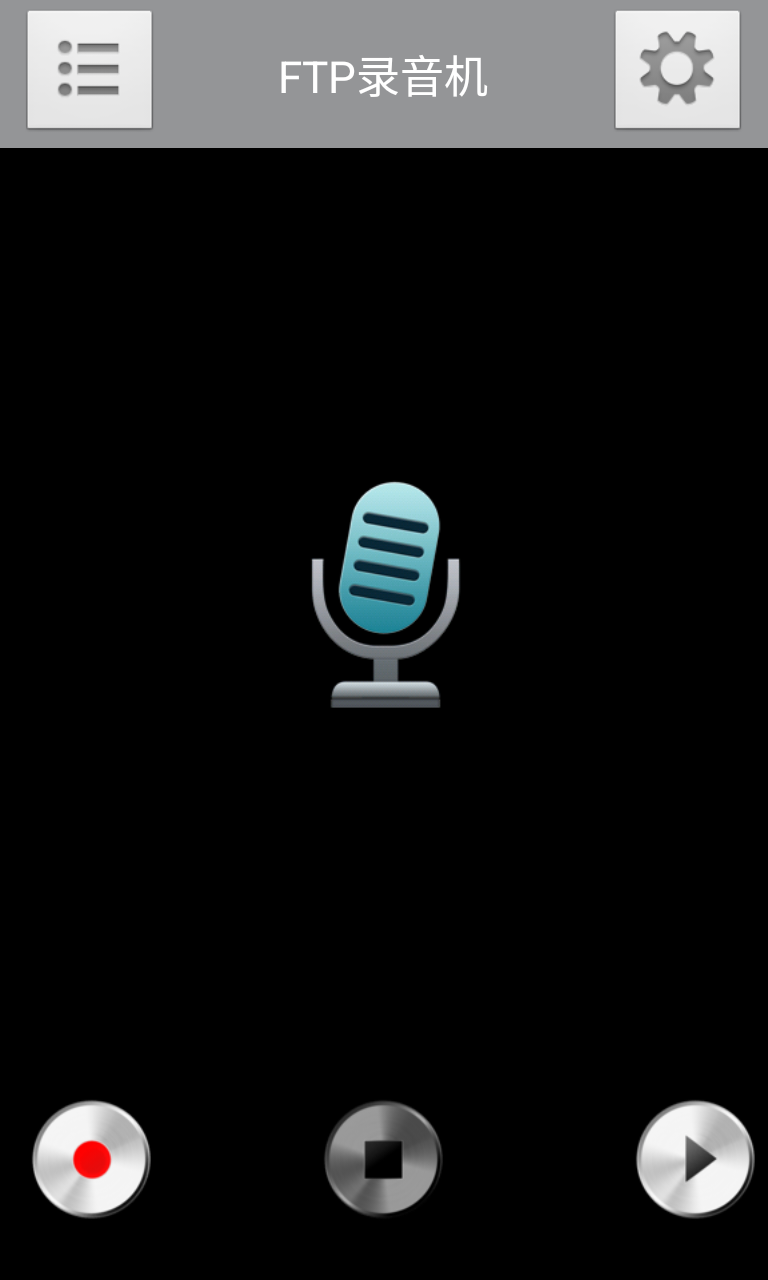
Repository: stone-jin/WAVRecoder
Layout: WAVRecoder2/res/layout/main.xml
An editor plug-in stored every save of this project. The layout is shown before and after the next save, followed by the edit.
It is drawn on a 768 x 1280 px phone screen (xhdpi) without system bars, with theme Anim_style2; the app's code is not run.

Above is the layout before, as saved 2014-05-06 19:08:03.

### WAVRecoder2/res/layout/main.xml
<?xml version="1.0" encoding="utf-8"?>
<LinearLayout xmlns:android="http://schemas.android.com/apk/res/android"
    android:layout_width="match_parent"
    android:layout_height="match_parent"
    android:orientation="vertical" >

    <include layout="@layout/main_title"/>

    <RelativeLayout
        android:layout_width="fill_parent"
        android:layout_height="fill_parent"
        android:layout_weight="1"
        android:gravity="center"
        >

	    <ImageView
	        android:layout_width="wrap_content"
	        android:layout_height="wrap_content"
	        android:background="@drawable/icon"
	        />

    </RelativeLayout>

    <RelativeLayout
        android:layout_width="fill_parent"
        android:layout_height="120dp"
        >

        <Button
            android:layout_width="wrap_content"
            android:layout_height="wrap_content"
            android:background="@drawable/btn_rekam_normal"
            android:layout_marginLeft="10dp"
            android:layout_alignParentLeft="true"
            android:layout_centerVertical="true"
            />

        <Button
            android:layout_width="wrap_content"
            android:layout_height="wrap_content"
            android:background="@drawable/btn_stop_disabled"
            android:layout_marginLeft="10dp"
            android:layout_centerInParent="true"
            />

        <Button
            android:layout_width="wrap_content"
            android:layout_height="wrap_content"
            android:background="@drawable/btn_play_normal"
            android:layout_marginLeft="10dp"
			android:layout_alignParentRight="true"
			android:layout_centerVertical="true"
            />

    </RelativeLayout>


</LinearLayout>

### WAVRecoder2/res/values/styles.xml
<resources>

    <!--
        Base application theme, dependent on API level. This theme is replaced
        by AppBaseTheme from res/values-vXX/styles.xml on newer devices.
    -->
    <style name="AppBaseTheme" parent="android:Theme.Light">
        <!--
            Theme customizations available in newer API levels can go in
            res/values-vXX/styles.xml, while customizations related to
            backward-compatibility can go here.
        -->
    </style>

    <!-- Application theme. -->
    <style name="AppTheme" parent="AppBaseTheme">
        <!-- All customizations that are NOT specific to a particular API-level can go here. -->
    </style>

    <!-- ####################以上内容全部来自搬运 ############################################ -->

    <style name="AnimFade" parent="@android:style/Animation.Activity">
    	<item name="android:activityOpenEnterAnimation">@anim/fade_in</item>
    	<item name="android:activityOpenExitAnimation">@anim/hold</item>
    	<item name="android:activityCloseEnterAnimation">@anim/fade_in</item>
    	<item name="android:activityCloseExitAnimation">@anim/fade_out</item>
	</style>
	<style name="AnimBottom" parent="@android:style/Animation">
    	<item name="android:windowEnterAnimation">@anim/push_bottom_in</item>
        <item name="android:windowExitAnimation">@anim/push_bottom_out</item>
	</style>
	<style name="AnimTop" parent="@android:style/Animation">
    	<item name="android:windowEnterAnimation">@anim/push_top_in</item>
        <item name="android:windowExitAnimation">@anim/push_top_out</item>
	</style>
	<style name="AnimTop2" parent="@android:style/Animation">
    	<item name="android:windowEnterAnimation">@anim/push_top_in2</item>
        <item name="android:windowExitAnimation">@anim/push_top_out2</item>
	</style>
	<style name="AnimHead" parent="@android:style/Animation">
    	<item name="android:windowEnterAnimation">@anim/head_in</item>
        <item name="android:windowExitAnimation">@anim/head_out</item>
	</style>

   	<style name="Anim_style" parent="android:Theme.NoTitleBar.Fullscreen">
        <item name="android:windowAnimationStyle">@style/AnimFade</item>
	</style>

	<style name="Anim_style2" parent="android:Theme.NoTitleBar">  <!-- 表示没有titlebar这个框 -->
        <item name="android:windowAnimationStyle">@style/AnimFade</item>     <!-- 定义其中打开或者保持或者关闭的时候的效果 -->
	</style>

	<style name="Anim_style_title" parent="android:Theme">
        <item name="android:windowAnimationStyle">@style/AnimFade</item>
        <item name="android:windowTitleSize">50dp</item>
        <item name="android:windowTitleBackgroundStyle">@style/CustomWindowTitleBackground</item>
	</style>

	<style name="CustomWindowTitleBackground">
       <item name="android:background">@drawable/title_bar</item>
	</style>

	<style name="MyDialogStyle">
        <item name="android:windowBackground">@android:color/transparent</item>
        <item name="android:windowFrame">@null</item>
        <item name="android:windowNoTitle">true</item>
        <item name="android:windowIsFloating">true</item>
        <item name="android:windowIsTranslucent">true</item>
        <item name="android:windowContentOverlay">@null</item>
        <item name="android:windowAnimationStyle">@android:style/Animation.Dialog</item>
        <item name="android:backgroundDimEnabled">true</item>
    </style>

    <style name="MyDialogStyleBottom" parent="android:Theme.Dialog" >
        <item name="android:windowAnimationStyle">@style/AnimBottom</item>
        <item name="android:windowFrame">@null</item><!--边框-->
        <item name="android:windowIsFloating">true</item><!--是否浮现在activity之上-->
        <item name="android:windowIsTranslucent">true</item><!--半透明-->
        <item name="android:windowNoTitle">true</item><!--无标题-->
        <item name="android:windowBackground">@android:color/transparent</item><!--背景透明-->
        <item name="android:backgroundDimEnabled">true</item><!--模糊-->
     </style>

     <style name="MyDialogStyleTop" parent="android:Theme.Dialog" >
        <item name="android:windowAnimationStyle">@style/AnimTop2</item>
        <item name="android:windowFrame">@null</item><!--边框-->
        <item name="android:windowIsFloating">true</item><!--是否浮现在activity之上-->
        <item name="android:windowIsTranslucent">true</item><!--半透明-->
        <item name="android:windowNoTitle">true</item><!--无标题-->
        <item name="android:windowBackground">@android:color/transparent</item><!--背景透明-->
        <item name="android:backgroundDimEnabled">false</item><!--模糊-->
     </style>

    <style name="HeadScale" parent="android:Theme.Dialog" >
        <item name="android:windowAnimationStyle">@style/AnimHead</item>
        <item name="android:windowFrame">@null</item><!--边框-->
        <item name="android:windowIsFloating">true</item><!--是否浮现在activity之上-->
        <item name="android:windowIsTranslucent">true</item><!--半透明-->
        <item name="android:windowNoTitle">true</item><!--无标题-->
        <item name="android:windowBackground">@android:color/black</item>
        <item name="android:backgroundDimEnabled">false</item><!--模糊-->
     </style>

    <style name="MyProgressBar" parent="android:Widget.ProgressBar">
        <item name="android:indeterminateDrawable">@drawable/loading</item>
	</style>

</resources>

### WAVRecoder2/res/layout/main_title.xml
<?xml version="1.0" encoding="utf-8"?>
<RelativeLayout xmlns:android="http://schemas.android.com/apk/res/android"
    android:layout_width="fill_parent"
    android:layout_height="wrap_content"
    android:background="#949597"
    android:paddingTop="4dp"
    android:paddingBottom="4dp"
    >

    <ImageButton
        android:layout_width="wrap_content"
        android:layout_height="wrap_content"
        android:src="@drawable/ic_menu_list"
        android:layout_alignParentLeft="true"
        android:layout_centerVertical="true"
        android:layout_marginLeft="10dp"
        />

    <TextView
        android:layout_width="wrap_content"
        android:layout_height="wrap_content"
        android:text="FTP录音机"
        android:textColor="#ffffff"
        android:textSize="22sp"
        android:layout_centerInParent="true"
        />

    <ImageButton
        android:layout_width="wrap_content"
        android:layout_height="wrap_content"
        android:src="@drawable/ic_menu_pengaturan"
        android:layout_alignParentRight="true"
        android:layout_centerVertical="true"
        android:layout_marginRight="10dp"
        />


</RelativeLayout>

After the next save:
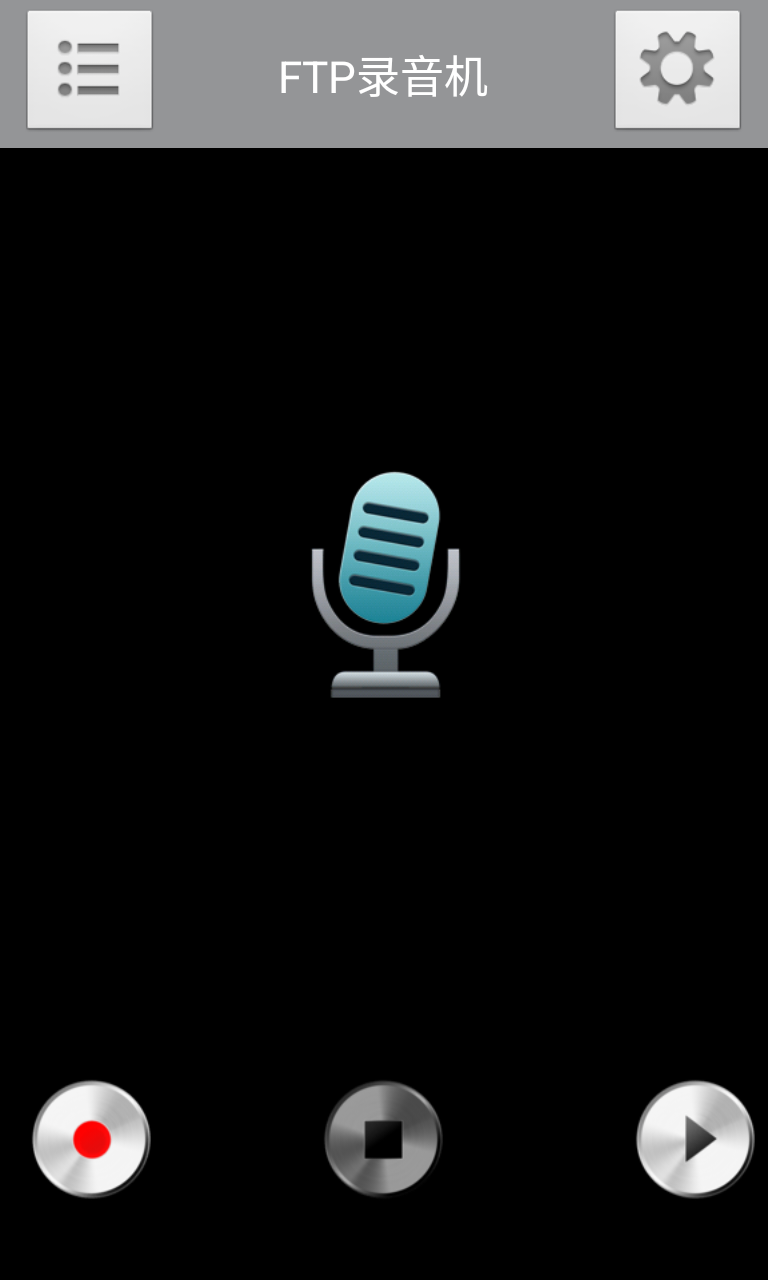
Saved 71 s later.
--- a/WAVRecoder2/res/layout/main.xml
+++ b/WAVRecoder2/res/layout/main.xml
@@ -24,6 +24,7 @@
     <RelativeLayout
         android:layout_width="fill_parent"
         android:layout_height="120dp"
+        android:layout_marginBottom="10dp"
         >
 
         <Button
